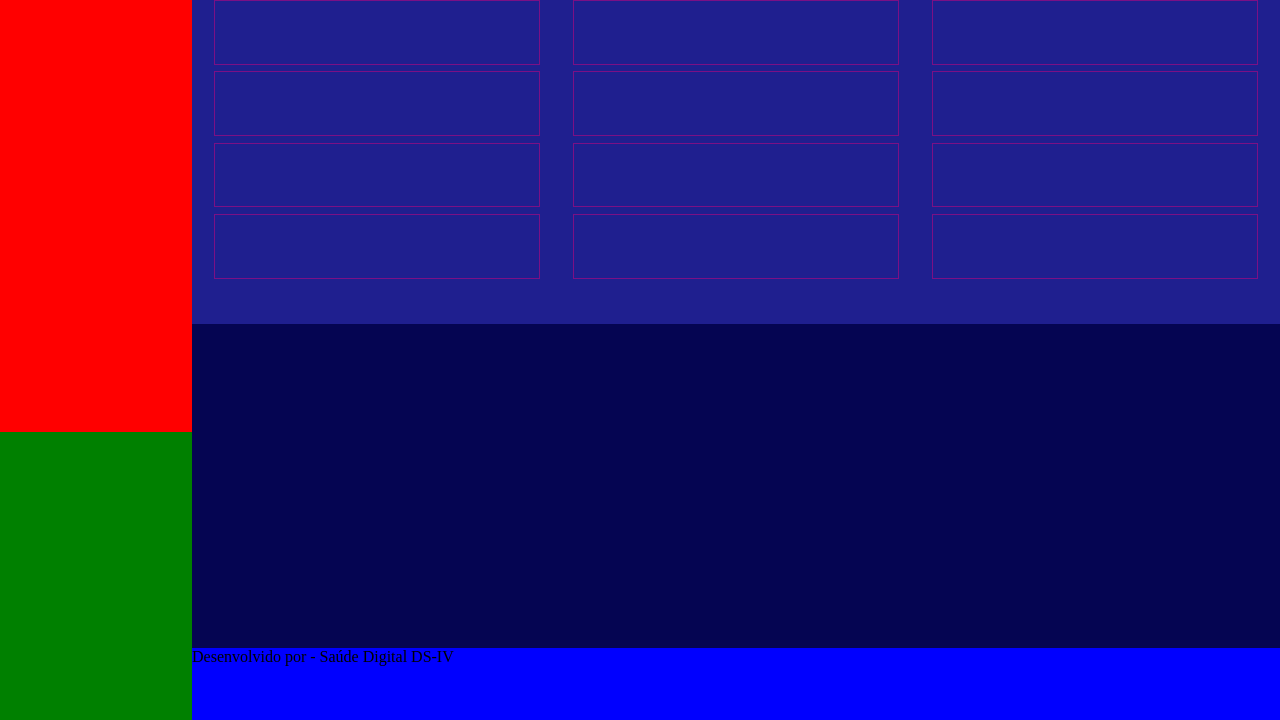
Repository: br-on/ddaf-chamados
Page: index.html
The author's editor kept a copy of each file at every save. The page is drawn from the files as they stood at one save, then again after the next save.
The browser window is 1280 px wide. The pictures show the whole page.

Above is the page before, as saved 2025-01-19 20:35:43.

After the next save:
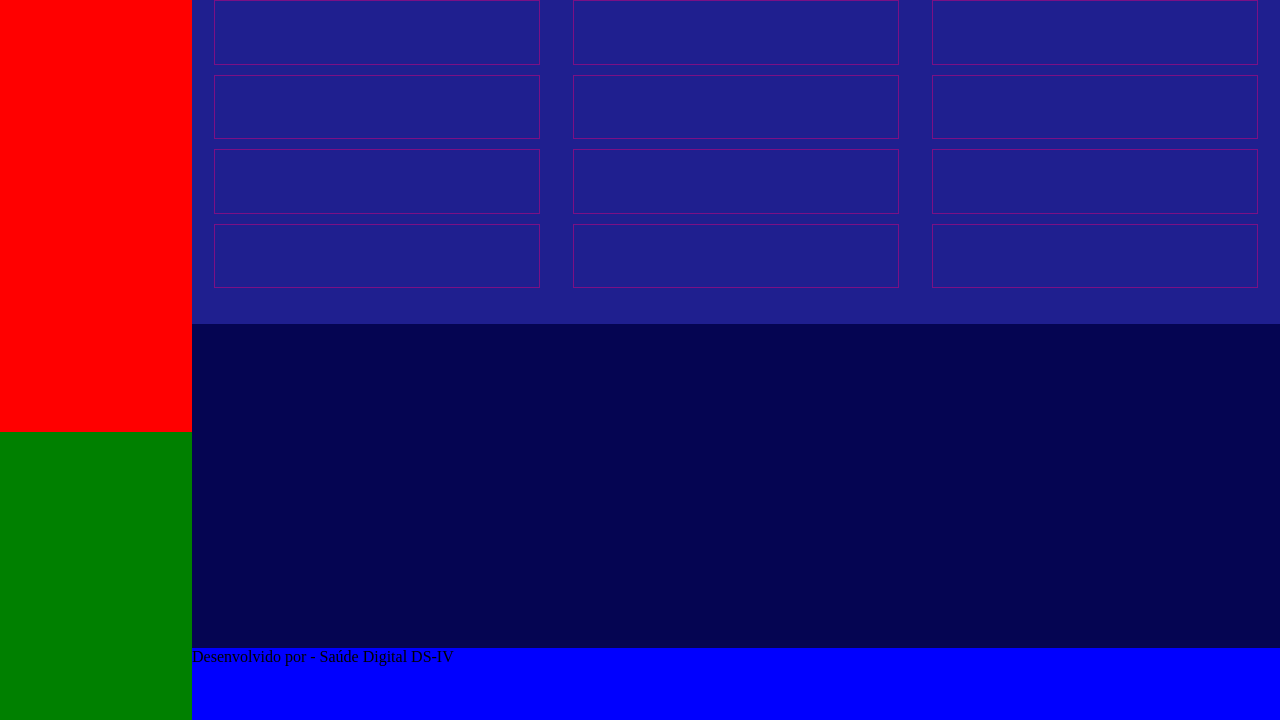
Saved 10 s later.
--- a/style.css
+++ b/style.css
@@ -30,7 +30,7 @@
     justify-content: center;
     grid-template-columns: 30% 30% 30%;
     grid-template-rows: 20% 20% 20% 20%;
-    row-gap: 2%;
+    row-gap: 3%;
     column-gap: 3%;
 }
 .andamento-demandas {
